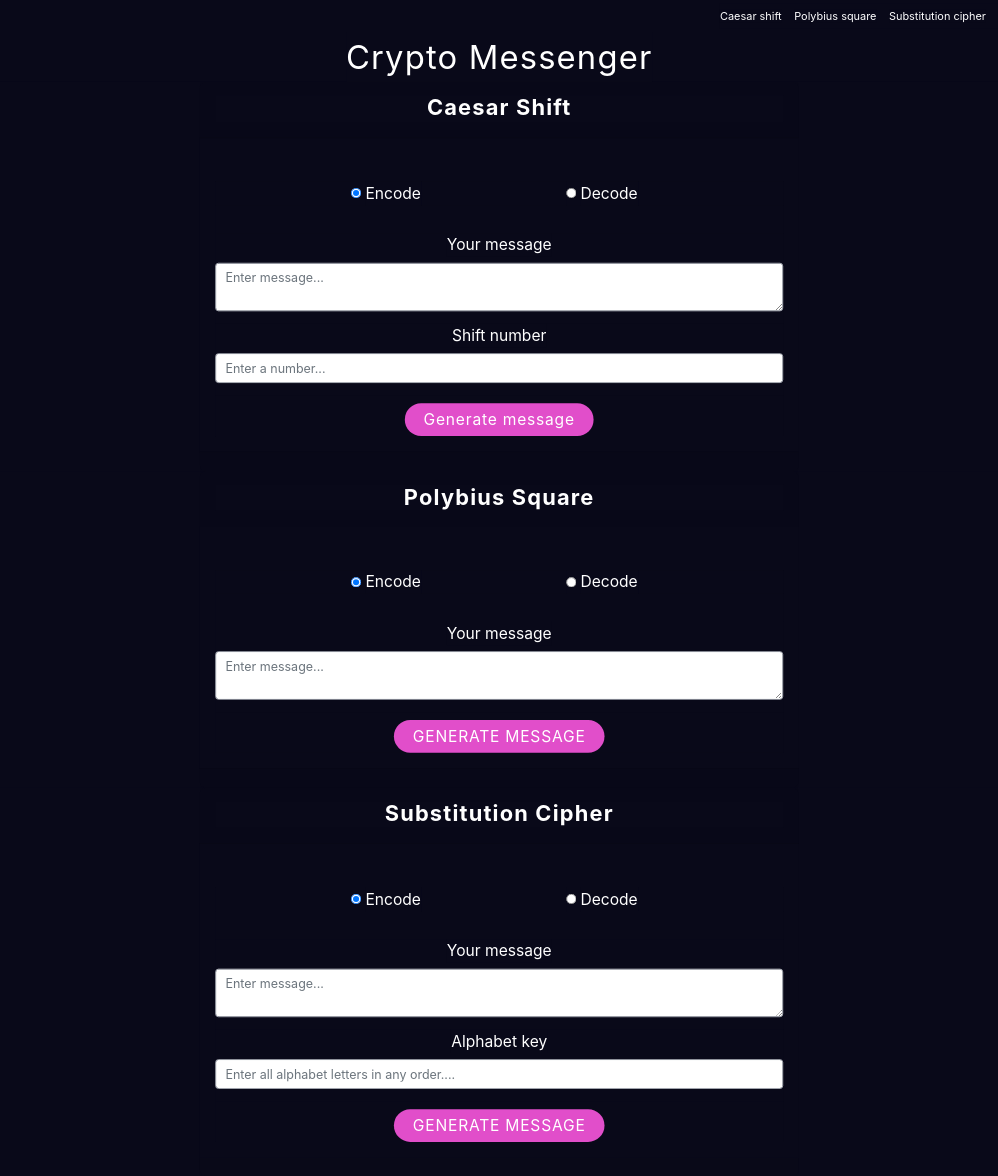
Repository: Rthompson2548/Project-Decoder-Ring
Page: index.html
These files come from the project's save history. The page is drawn as it stood at one moment and after a run of saves; the edit follows.
The browser window is 1280 px wide. The pictures show the whole page, at 78% of full size.

Above is the page before, as saved 2022-04-09 20:22:43.

After the next 2 saves:
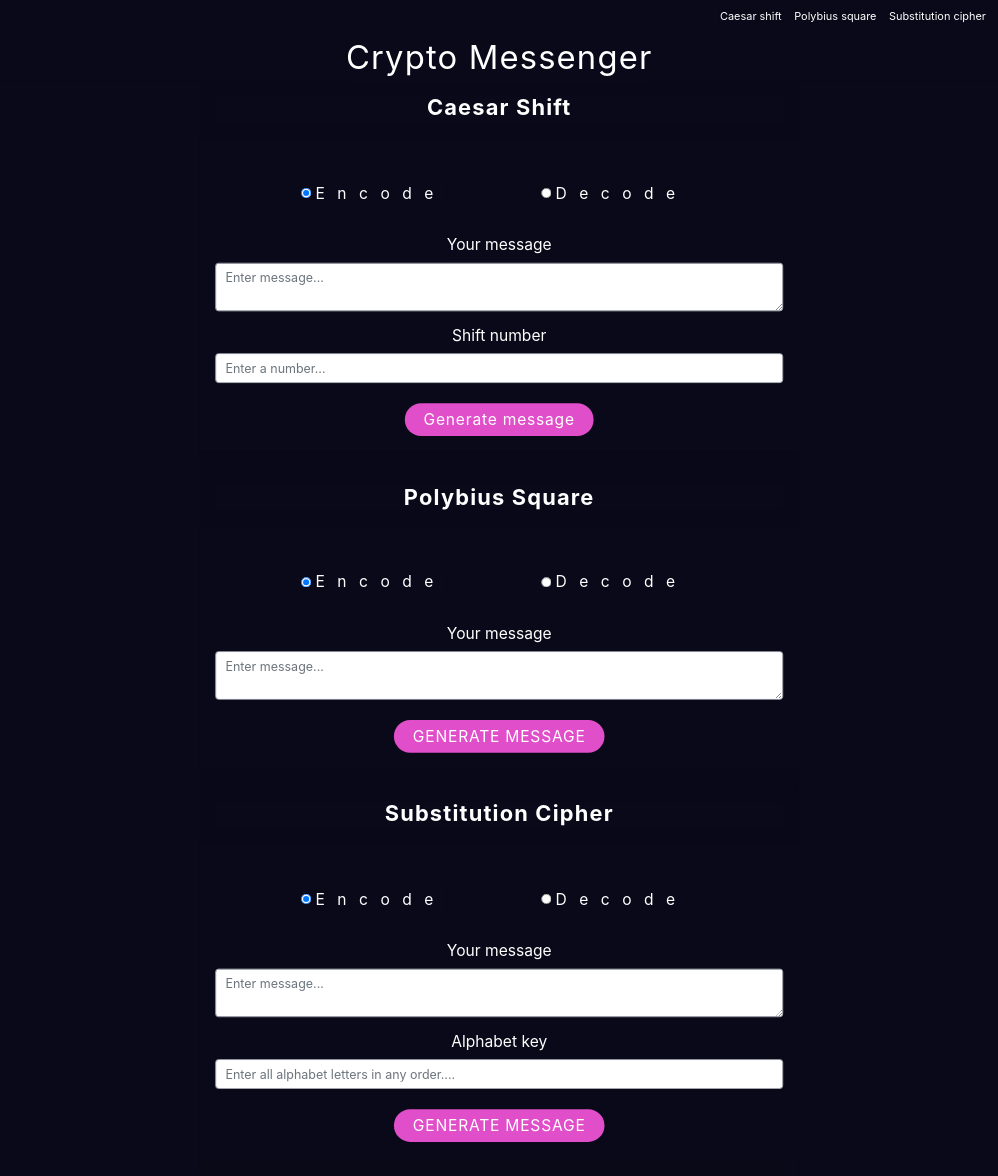
The 2 saves are shown as one change because they came seconds apart.
The last was saved 16 s later.
--- a/index.css
+++ b/index.css
@@ -49,6 +49,7 @@
   display: flex;
   justify-content: space-evenly;
   margin: 36px 0;
+  letter-spacing: 1rem;
   font-size: 15px;
 }
 

After the save that followed:
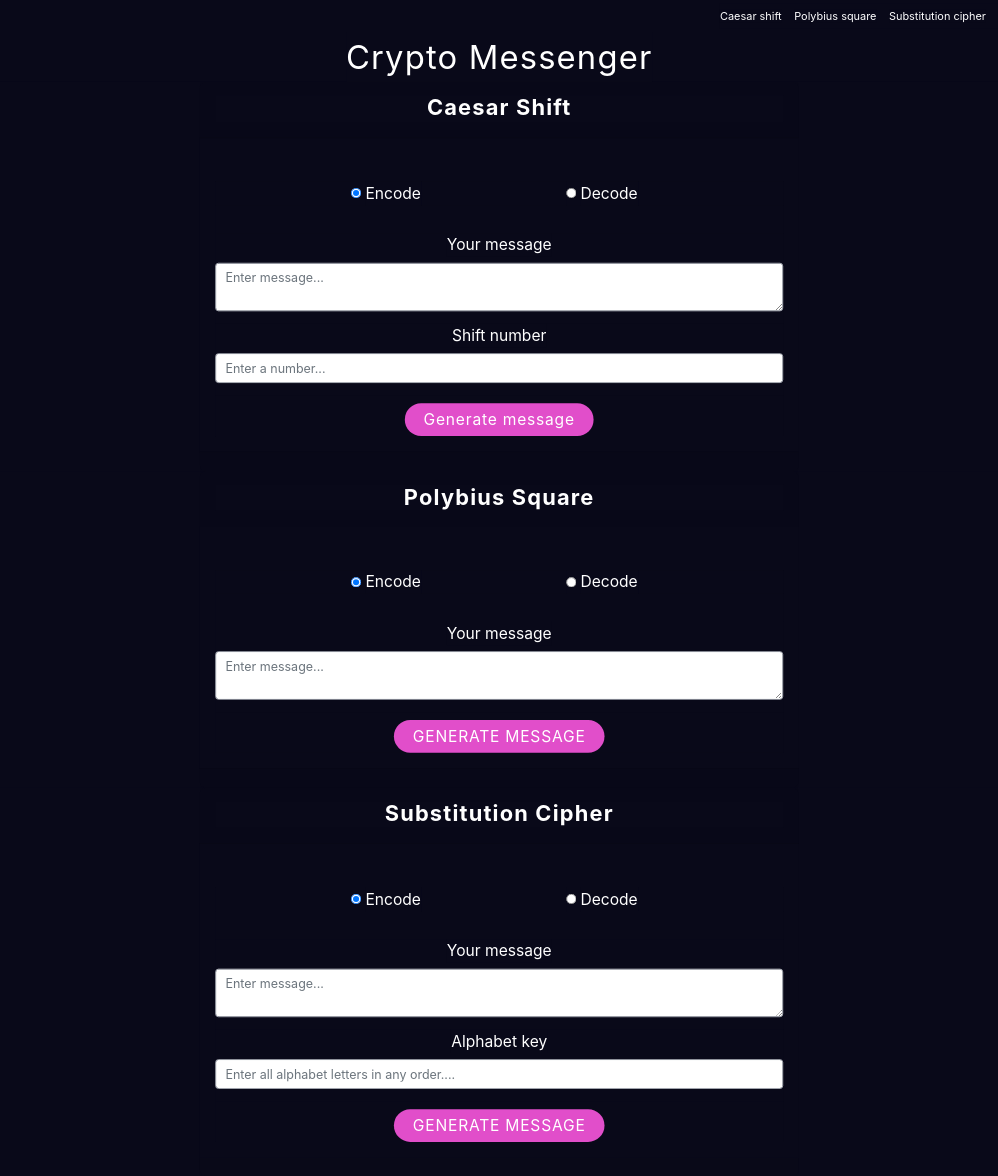
Saved 4 s later.
--- a/index.css
+++ b/index.css
@@ -49,7 +49,6 @@
   display: flex;
   justify-content: space-evenly;
   margin: 36px 0;
-  letter-spacing: 1rem;
   font-size: 15px;
 }
 
